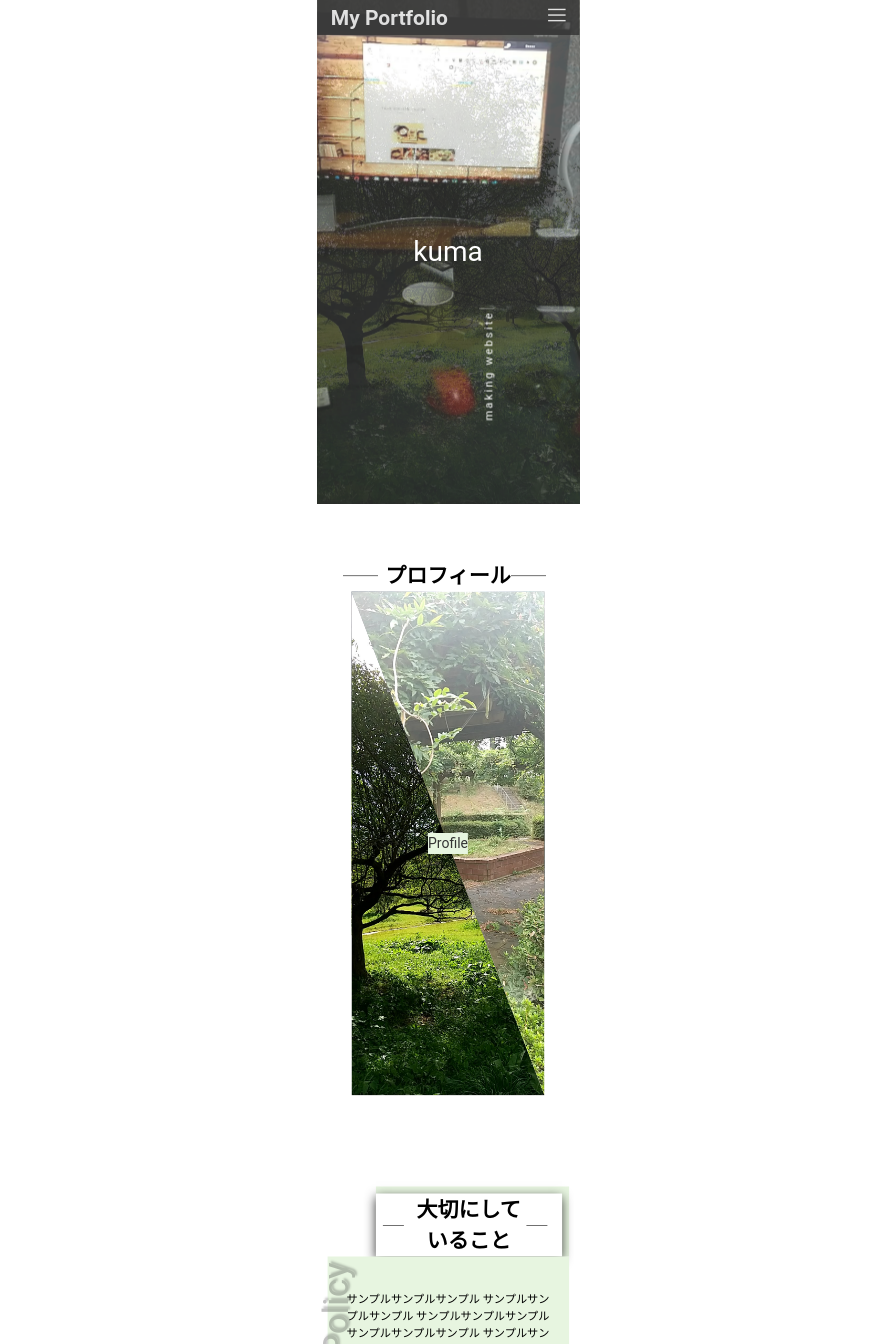
Repository: ppmp556/portfolio6
Page: index copy.html
These files come from the project's save history. The page is drawn as it stood at one moment and after the next save; the edit follows.
The browser window is 1280 px wide. The pictures show the part of the page from y = 0 to 1920 px (the page is 4078 px tall), at 70% of full size.
Some web libraries are served in a nearby version. The style sheet was rebuilt from its Sass, Less or Tailwind sources for each picture, by a compiler version that may differ from the author's.

Above is the page before, as saved 2020-10-22 17:06:34.

After the next save:
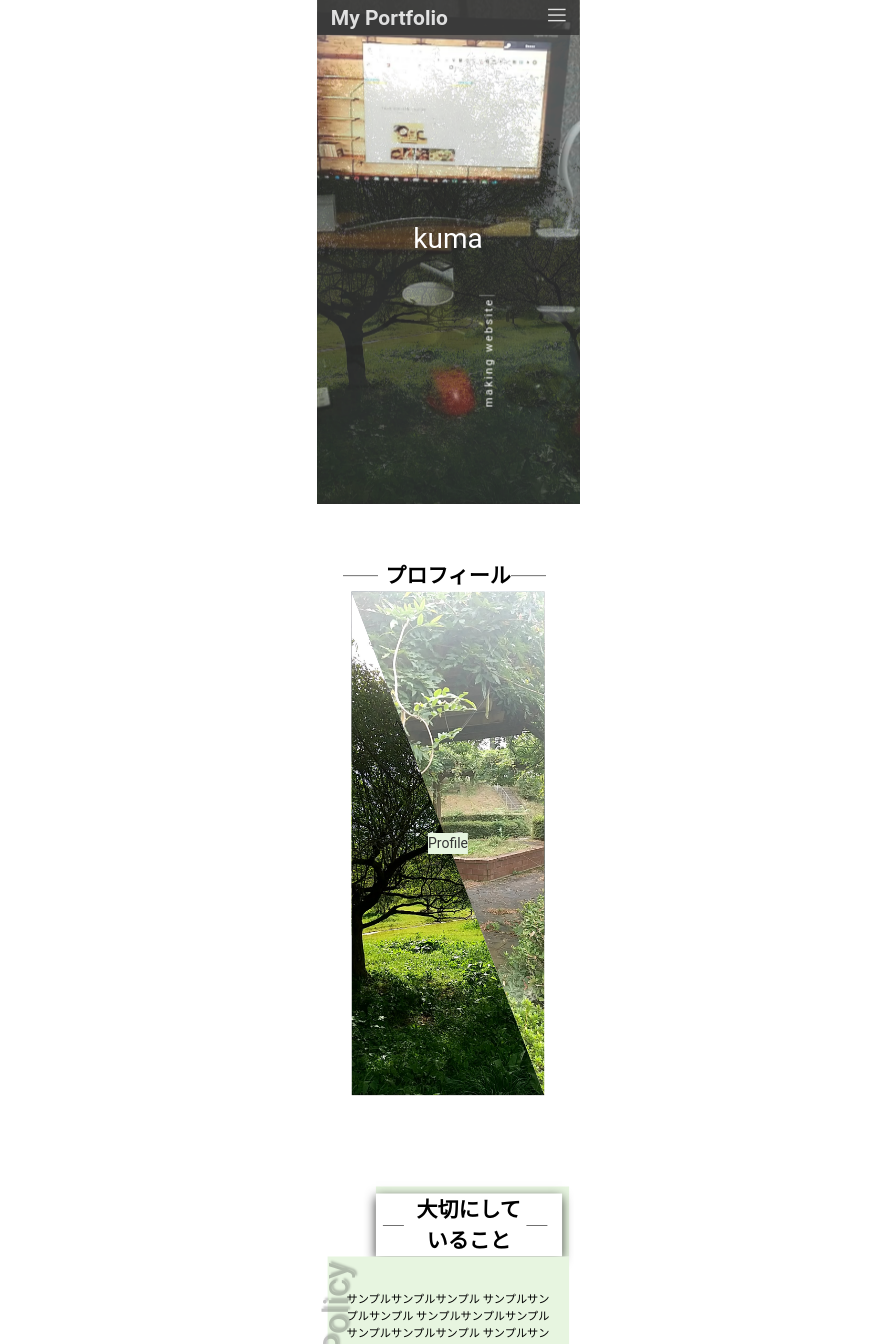
Saved 8 s later.
--- a/index copy.html
+++ b/index copy.html
@@ -34,8 +34,8 @@
                 kuma
                   <!-- ポートフォリオ<span class="line_type">|</span> -->
               </p><!-- /.kv_animetype -->
+              <p class="kv_txt line">making website<span class="line_type">|</span></p><!-- /.kv_txt -->
               <div class="line_box">
-                <p class="kv_txt line">making website<span class="line_type">|</span></p><!-- /.kv_txt -->
 
               </div><!-- /.line_box -->
 
